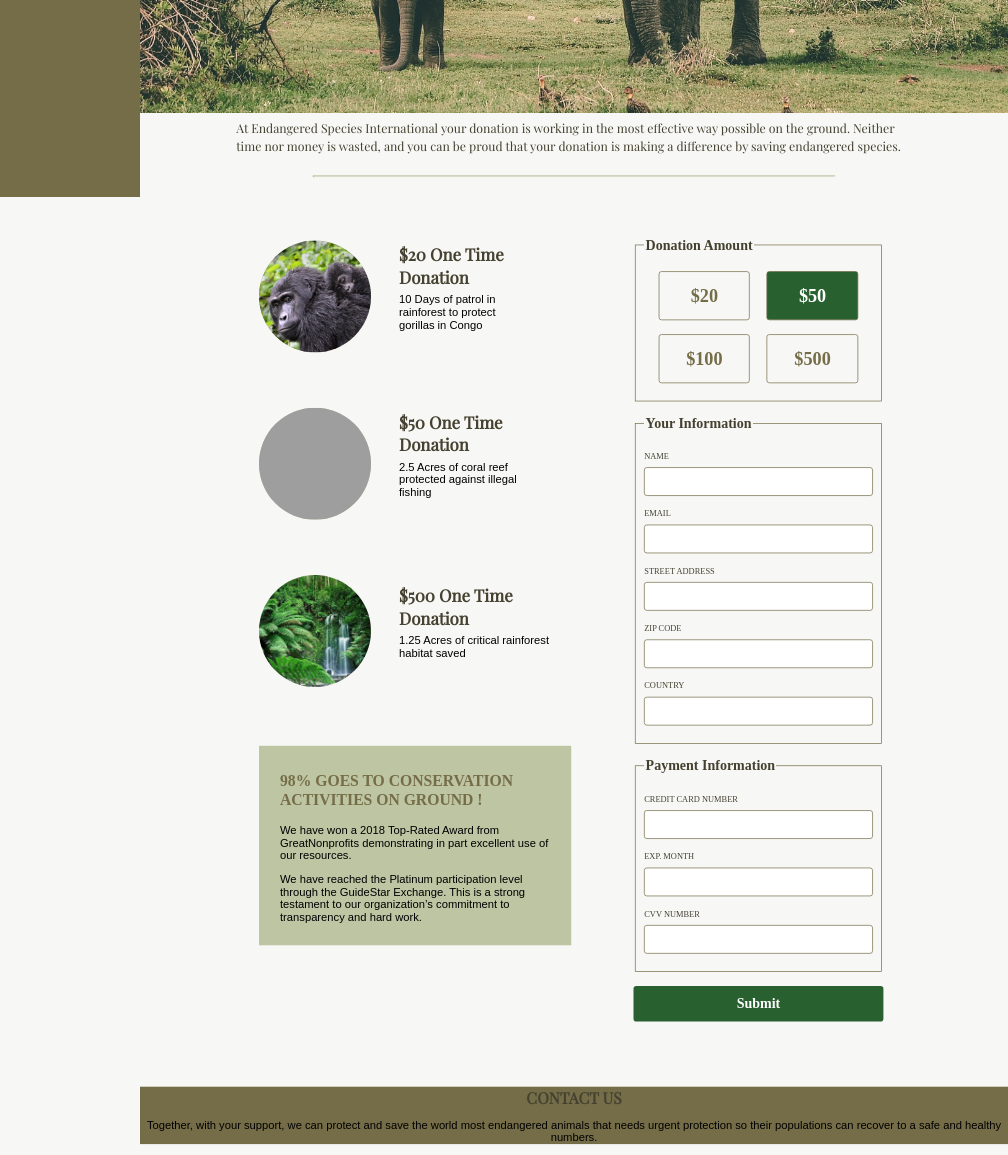
Repository: jlsorgel/smc_WD2_spring20
Page: final/donate.html
An editor plug-in stored every save of this project. The page is shown before and after the next save, followed by the edit.
The browser window is 1440 px wide. The pictures show the part of the page from y = 459 to 2179 px (the page is 2109 px tall before and 2552 px after), at 70% of full size.
Pictures or frames that could not be fetched are drawn as grey boxes. Some web fonts or font styles are not loaded; a fallback is used. Some web libraries are served in a nearby version.

Above is the page before, as saved 2020-06-15 17:00:11.
Console error: TypeError: Cannot set properties of null (setting 'onclick')

After the next save:
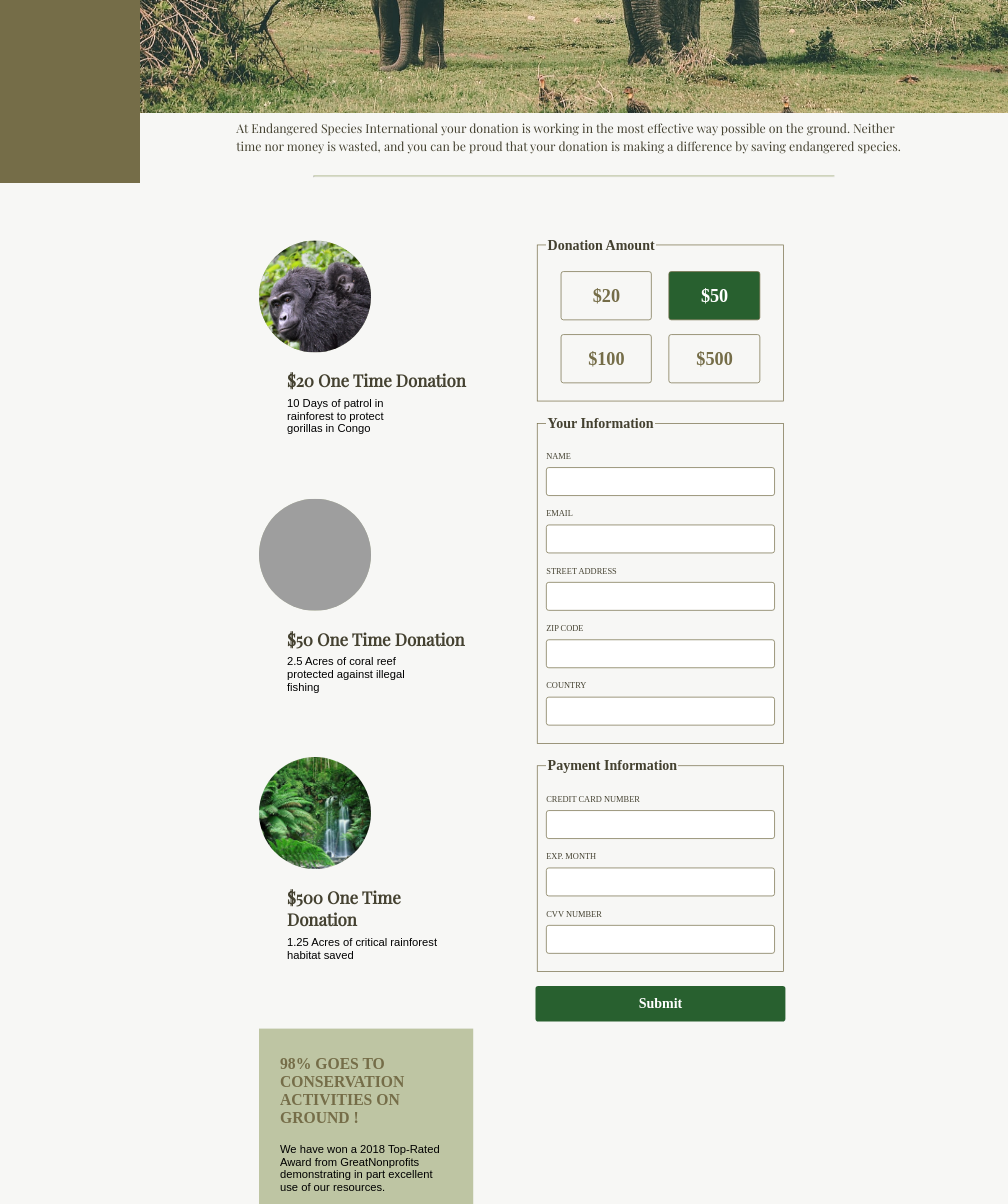
Saved 69 s later.
--- a/final/donate.css
+++ b/final/donate.css
@@ -1,6 +1,6 @@
-/* * {
+* {
   box-sizing: border-box;
-} */
+}
 
 .header-section {
 
@@ -498,7 +498,7 @@
 
 
 /* START Desktop HERE!  START Desktop HERE! */
-@media(min-width: 1400px){
+@media(min-width: 1390px){
 
 
 
